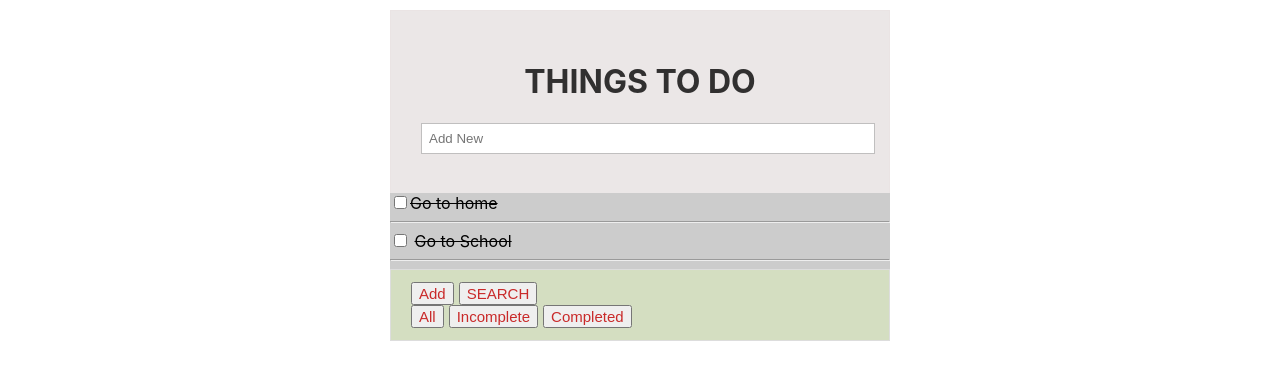
Repository: kirangautam45/To-Do-Application
Page: /
These files come from the project's save history. The page is drawn as it stood at one moment and after the next save; the edit follows.
The browser window is 1280 px wide. The pictures show the whole page.
The project was rebuilt for these pictures with package versions that can differ from the ones it lists, and the page was loaded fresh each time.

Above is the page before, as saved 2022-08-11 14:18:38.

### src/App.js
import "./App.css";

function App() {
  return (
    <div>
      <div className="Body">
        <div className="To_Body">
          <h1 className="Header"> THINGS TO DO</h1>
          <input className="Input_text" placeholder="Add New" />
        </div>
        <div className="Box" >
          <input  type="checkbox" /><span className="Text">Go to home
            </span>
        <hr/>
        <div className="Border"></div>
        <input className="Text" type="checkbox"/> <span className="Text"> Go to School </span>
        <hr/>
        </div>
        <div>
        <div className="Icon_left">
          <button className="Icon_button">Add</button>
          <button className="Icon_button">SEARCH</button>
          <div  className="Icon_right">
          <button className="Icon_button">All</button>
          <button className="Icon_button">Incomplete</button>
          <button className="Icon_button">Completed</button>
          </div>
          </div>

        </div>
        </div>
        </div>

  );
}

export default App;

### src/App.css
.Body {
  background-color: #ccc;
 width: 500px;
 margin: 10px auto;
display: 'flex';

}
.Header{
  text-align: center;
  color:rgb(49, 48, 48);
}
.To_Body{
min-height: fit-content;
justify-content: center;
background-color: #ebe7e7;
padding: 30px;
border: 1px rgb(234, 228, 228);
    border-top-style: none;
    border-right-style: none;
    border-left-style: none;
border-style: solid solid none;
}
.Input_text{
  outline: none;
  width: 100%;
  padding: 7px;
  border: 1px solid  rgb(192, 191, 191);
  margin-bottom: 2%;
}
.Icon_left{
  height: auto;
justify-content: space-between;
border: 1px solid #ddd;
background-color: #d4dec1;
padding: 12px 20px;
font-weight: 300
}

.Icon_button {
  height: auto;
  width: auto;
  align-items: left;
  color: rgb(201, 42, 42);
  font-size: 15px;
  margin-right: 5px;
  cursor: pointer;
  height: 1;
  padding: 5;

}
.Border{
  line-break: auto 1 ;
  border-radius: 1rem;
}
.Text{
  text-decoration: line-through;
    text-decoration-line: line-through;
    text-decoration-style: solid;
    text-decoration-color: currentcolor;
    text-decoration-thickness: auto;
}

Loaded but not shown: public/index.html (common file); src/index.js (common file); src/index.css (common file)

After the next save:
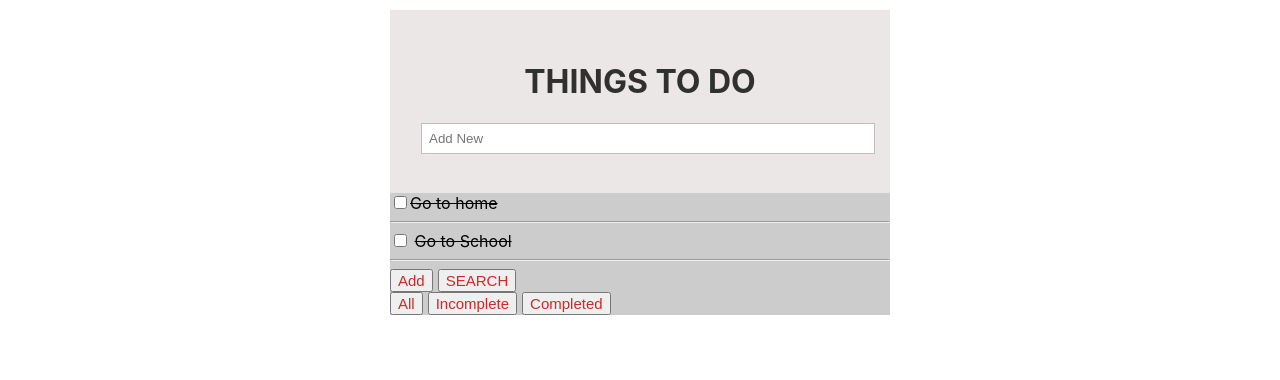
Saved 3 min 20 s later.
--- a/src/App.js
+++ b/src/App.js
@@ -17,7 +17,7 @@ function App() {
         <hr/>
         </div>
         <div>
-        <div className="Icon_left">
+        <div className="Icon">
           <button className="Icon_button">Add</button>
           <button className="Icon_button">SEARCH</button>
           <div  className="Icon_right">
